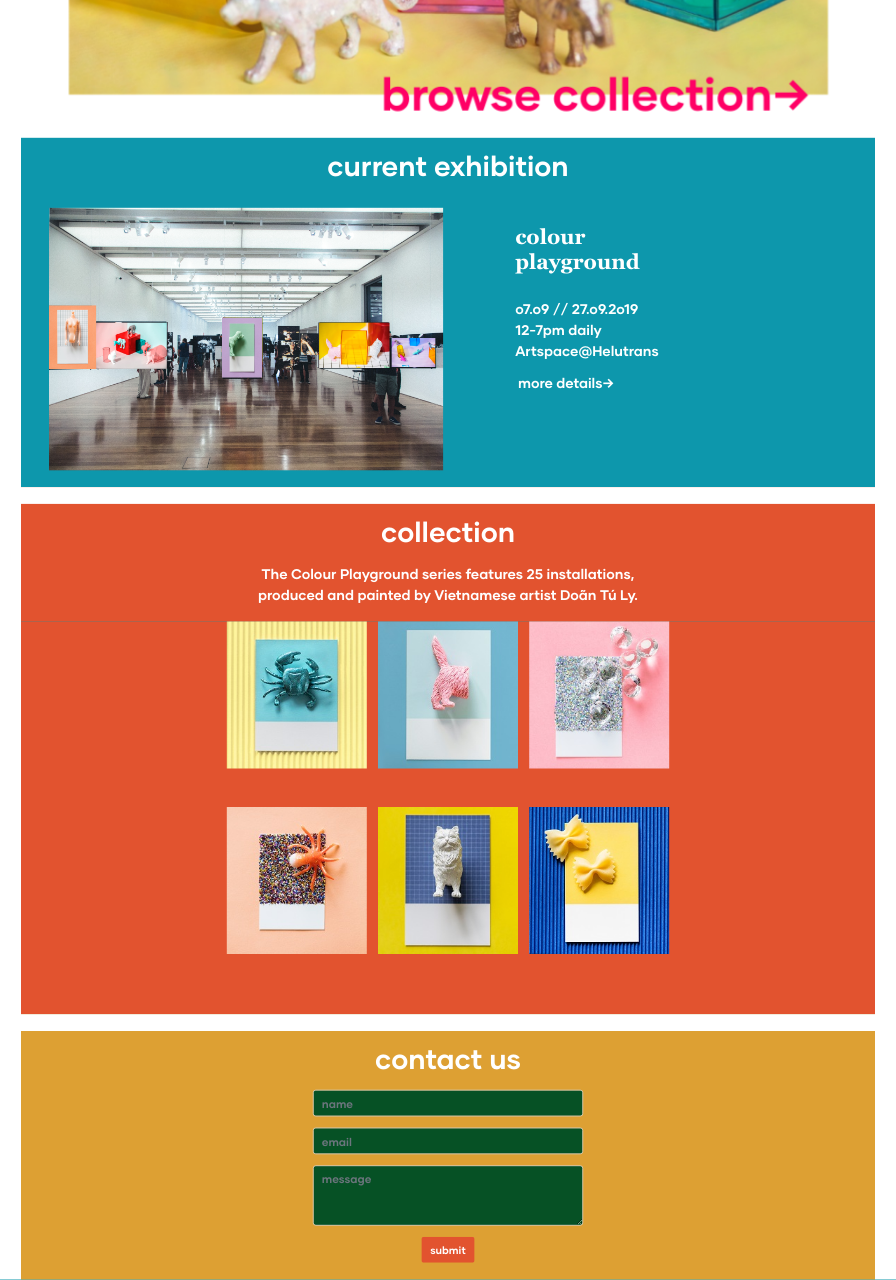
Repository: lynette-lyf/artshack
Page: index.html
The author's editor kept a record of every edit. The page is drawn from the files as they stood at one moment, then again after the next edit.
The browser window is 1280 px wide. The pictures show the part of the page from y = 867 to 2787 px (the page is 2695 px tall before and 2787 px after), at 70% of full size.

Above is the page before.

After the next edit:
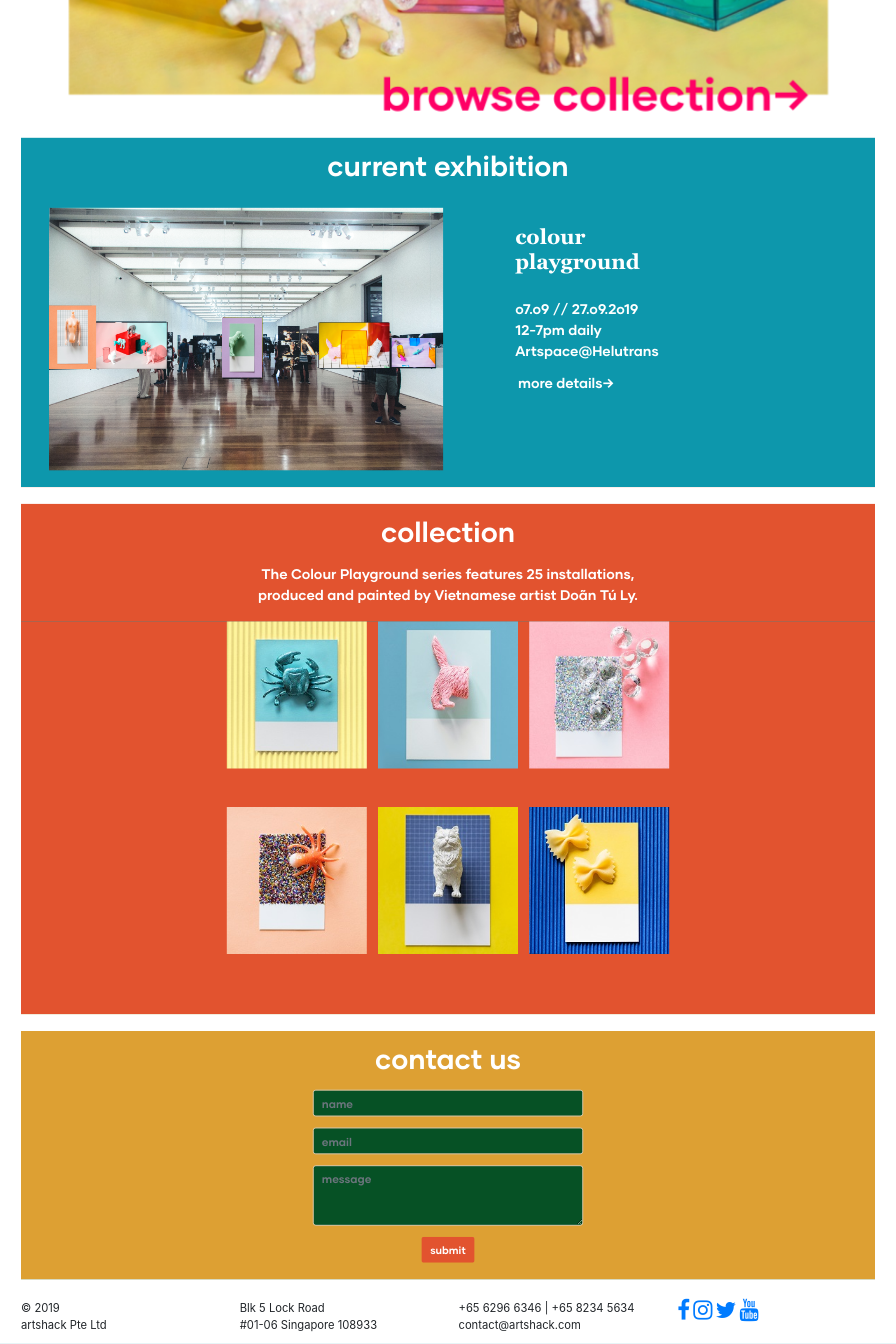
The edit:
--- a/index.html
+++ b/index.html
@@ -492,3 +492,33 @@
                 </script>
 </body>
 </html>
+
+<footer>
+
+<!--Page footer-->
+  <div class="container-fluid-footer">
+  <div class="box">&nbsp;</div>
+            <div class="row justify-content-center pt-1">
+              <div class="column col-xl-3 col-lg-2 col-md-3 col-sm-10">
+<p class="copyright">© 2019<br>artshack Pte Ltd</p>
+</div>
+<div class="column col-xl-3 col-lg-3 col-md-3 col-sm-10">
+<p class="address">Blk 5 Lock Road<br> #01-06 Singapore 108933</p>
+</div>
+<div class="column col-xl-3 col-lg-4 col-md-3 col-sm-10 ">
+<p class="contactinfo">+65 6296 6346  |  +65 8234 5634<br>contact@artshack.com</p>
+</div>
+<div class="column col-xl-3 col-lg-2 col-md-3 col-sm-10 " id="socials">
+  <a href="https://www.facebook.com"><i class="fa fa-facebook fa-2x"></i></a>
+  <a href="https://www.instagram.com"><i class="fa fa-instagram fa-2x"></i></a>
+  <a href="https://www.twitter.com"><i class="fa fa-twitter fa-2x"></i></a>
+  <a href="https://www.youtube.com"><i class="fa fa-youtube fa-2x"></i></a>
+</div>
+
+            </div>
+
+  </div>
+
+</footer>
+
+</html>
